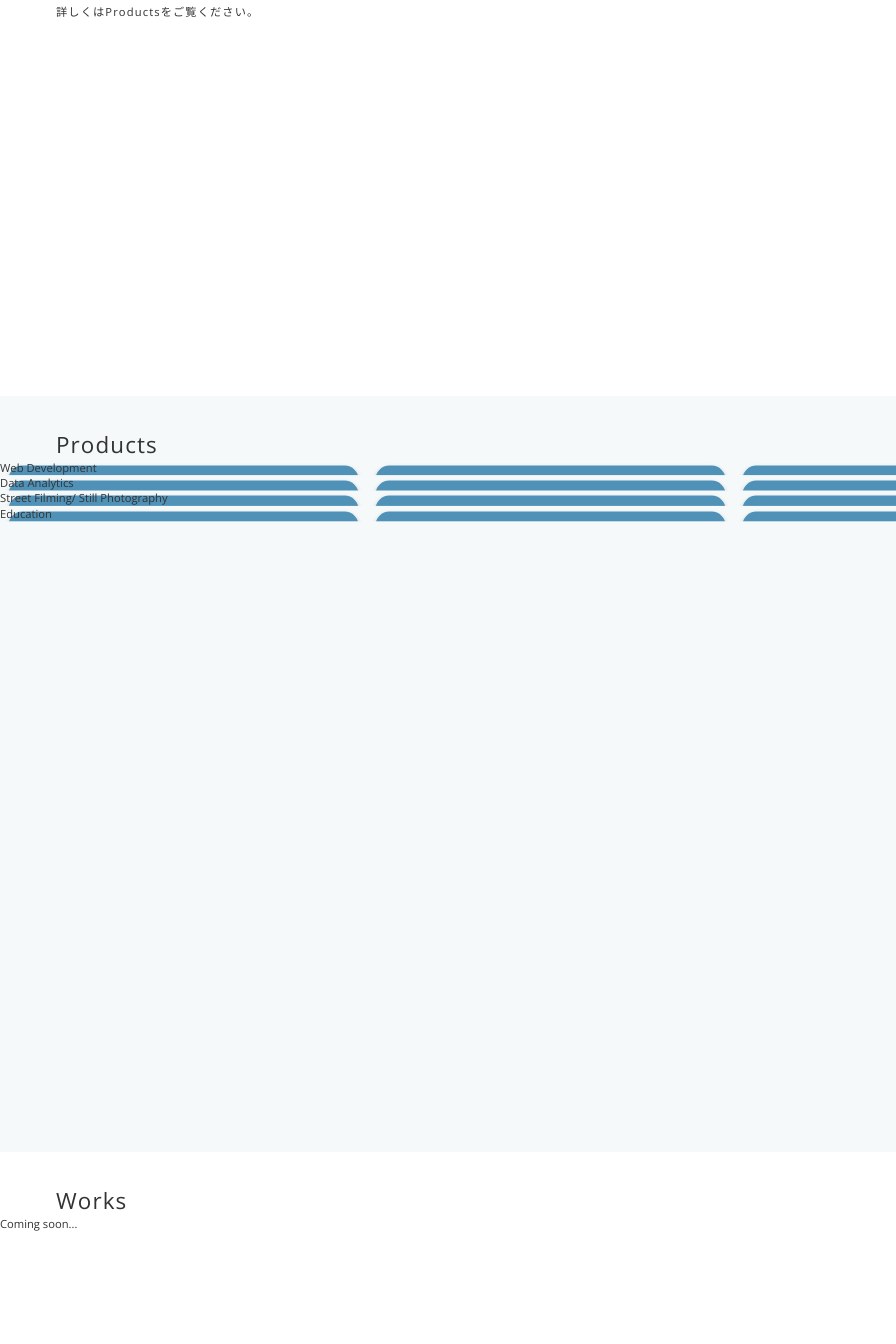
Repository: AirDepot/web
Page: index.html
These files come from the project's save history. The page is drawn as it stood at one moment and after a run of saves; the edit follows.
The browser window is 1280 px wide. The pictures show the part of the page from y = 1594 to 3514 px (the page is 6592 px tall), at 70% of full size.

Above is the page before, as saved 2020-02-11 23:45:59.

After the next 2 saves:
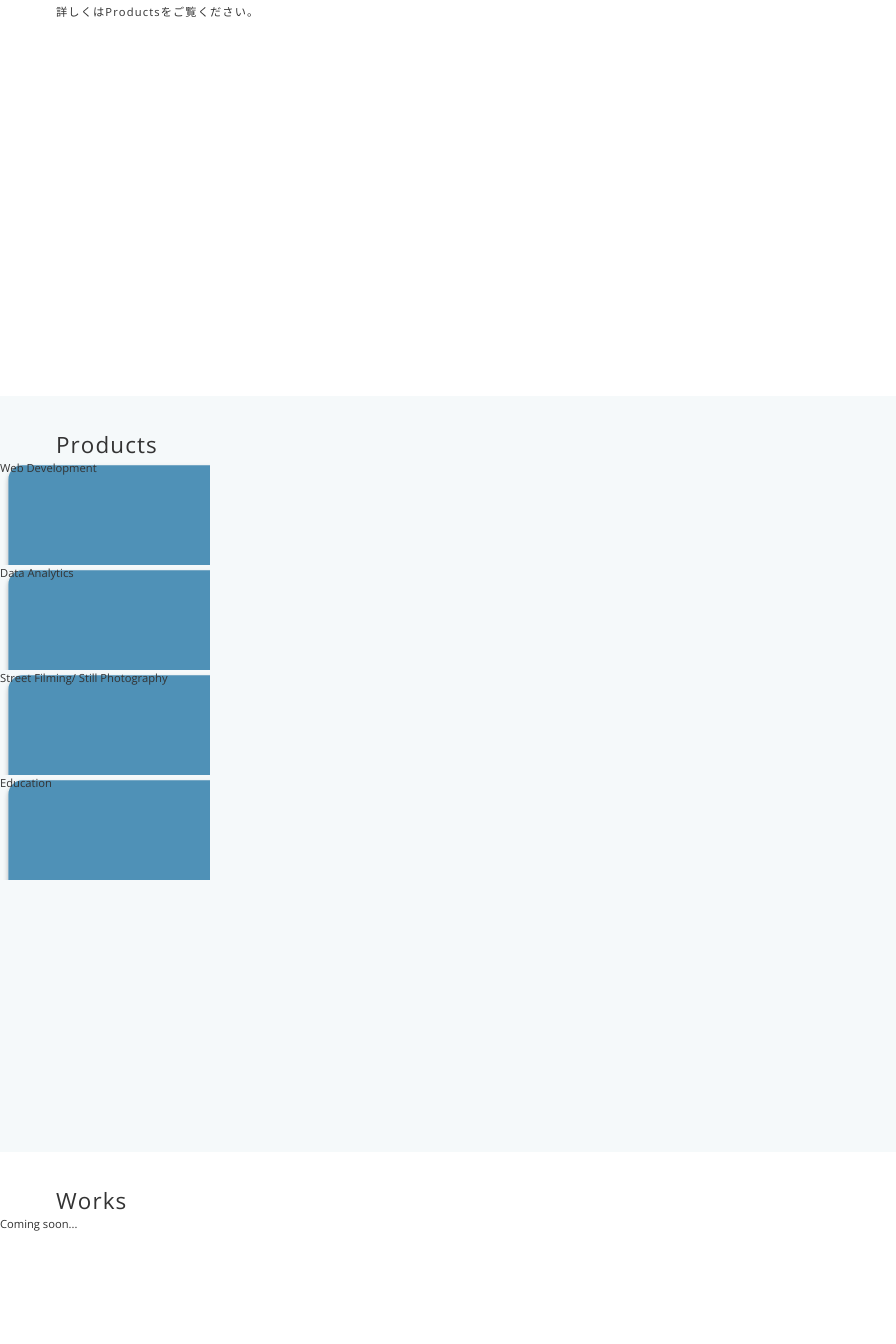
The 2 saves are shown as one change because they came seconds apart.
The last was saved 38 s later.
--- a/assets/css/common.css
+++ b/assets/css/common.css
@@ -131,6 +131,8 @@ ul#product_contents {
 }
 
 ul#product_contents li {
+    width: 300px;
+    height: 150px;
     background-image: url(../img/box_bg.svg);
 }
 
